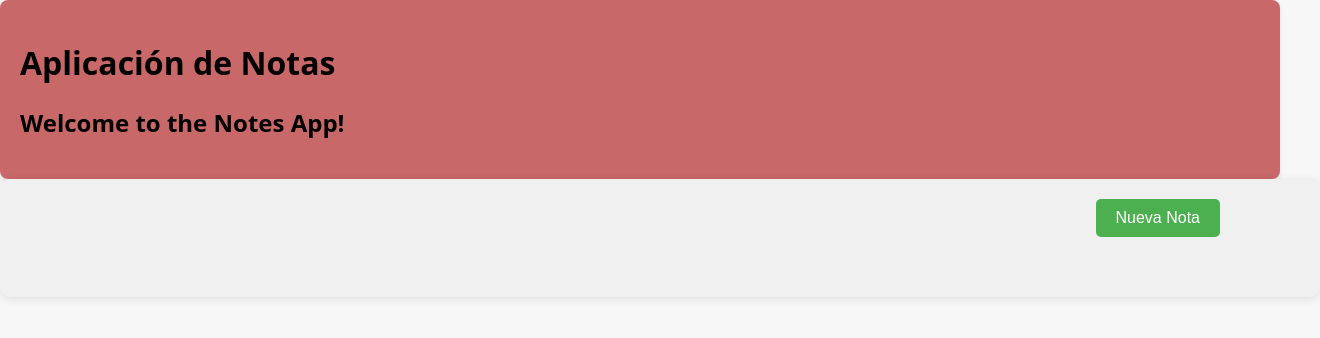
Repository: xunxuno/aplicacion_web_notas
Page: / (app in notas_web_app/)
An editor plug-in stored every save of this project. The page is shown before and after the next save, followed by the edit.
The browser window is 1280 px wide. The page is 1320 px wide, so the pictures cover 1320 px, including what lies to the right of the window. The pictures show the whole page.
The project was rebuilt for these pictures with package versions that can differ from the ones it lists, and the page was loaded fresh each time. Also part of the build but not shown: notas_web_app/vite.config.ts, notas_web_app/src/components/Note.tsx, notas_web_app/src/components/NoteCollection.tsx, notas_web_app/src/components/NoteModal.tsx.

Above is the page before, as saved 2024-10-03 12:31:58.

After the next save:
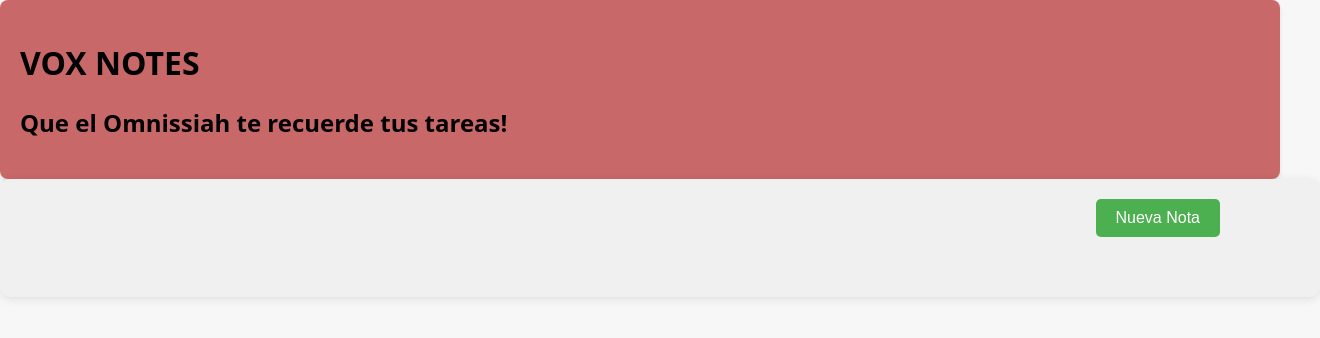
Saved 75 s later.
--- a/notas_web_app/src/components/AppBar.tsx
+++ b/notas_web_app/src/components/AppBar.tsx
@@ -12,8 +12,8 @@ const AppBar: React.FC = () => {
 
   return (
     <div style={appBarStyle}>
-      <h1>Aplicación de Notas</h1>
-      <h2>Welcome to the Notes App!</h2>
+      <h1>VOX NOTES</h1>
+      <h2>Que el Omnissiah te recuerde tus tareas!</h2>
     </div>
   );
 };
